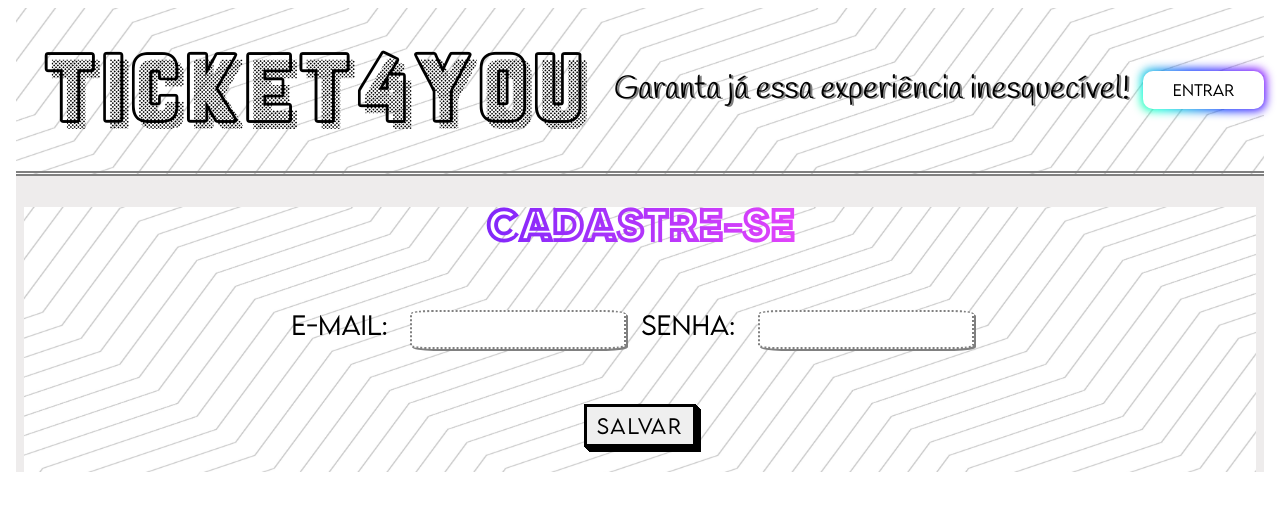
Repository: hellengurgaczz/projeto-DSA
Page: /login/cadastro
The author's editor kept a copy of each file at every save. The page is drawn from the files as they stood at one save, then again after the next save.
The browser window is 1280 px wide. The pictures show the whole page.
The project was rebuilt for these pictures with package versions that can differ from the ones it lists, and the page was loaded fresh each time. Also part of the build but not shown: angular.json, src/app/ingressos/templates/cadastrar/cadastrar.component.ts, src/app/models/ingresso.model.ts, src/app/services/ingresso.service.ts, src/app/compra/comprar-ingresso/comprar-ingresso.component.ts, src/app/models/compra.model.ts, src/app/services/compra.service.ts, src/app/ingressos/templates/deletar/deletar.component.ts and 3 more.

Above is the page before, as saved 2022-05-30 14:27:46.

After the next save:
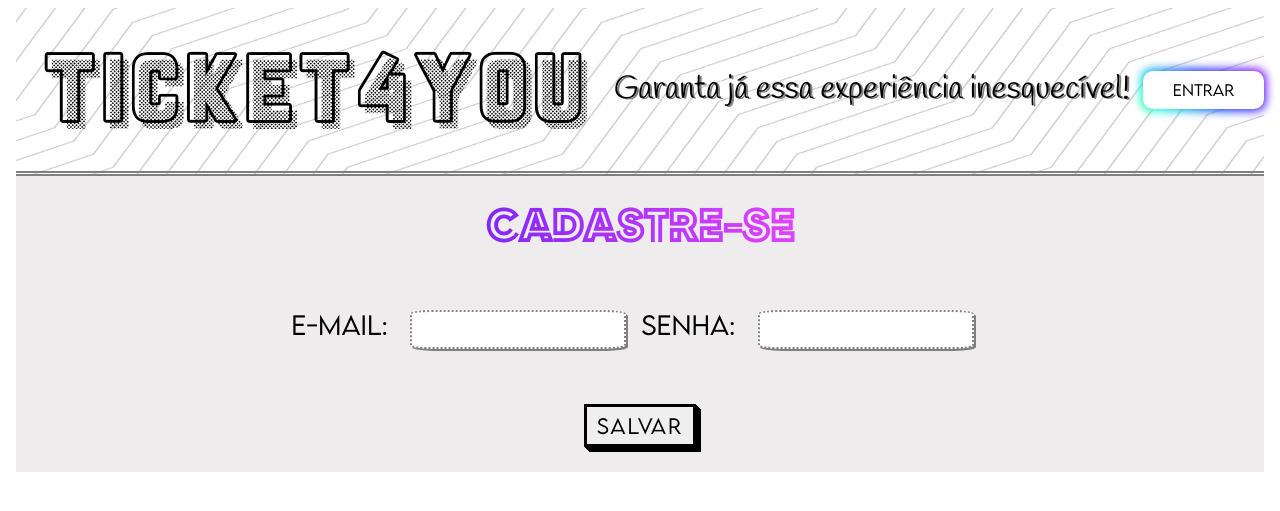
Saved 27 s later.
--- a/src/app/login/login-cadastro/login-cadastro.component.html
+++ b/src/app/login/login-cadastro/login-cadastro.component.html
@@ -1,23 +1,21 @@
 <body>
-  <div class="body">
     <div class="cadastrarLogin">
       <h1>CADASTRE-SE</h1>
     </div>
-    <form>
-    <div class="titles">
-        <form action="POST">
-            <label for="email">E-mail: </label>
-            <input type="text" name="email" [(ngModel)]="login.email">
+  <form>
+      <div class="titles">
+          <form action="POST">
+              <label for="email">E-mail: </label>
+              <input type="text" name="email" [(ngModel)]="login.email">
 
-            <label for="senha">Senha: </label>
-            <input name="senha" type="password" [(ngModel)]="login.senha">
+              <label for="senha">Senha: </label>
+              <input name="senha" type="password" [(ngModel)]="login.senha">
 
-        </form>
+          </form>
 
-    </div>
-    <div class="acoes">
-        <button class="btnSalvarLogin, primary" (click)="salvarLogin()">Salvar</button>
       </div>
-    </form>
-  </div>
+      <div class="acoes">
+          <button class="btnSalvarLogin, primary" (click)="salvarLogin()">Salvar</button>
+        </div>
+  </form>
 </body>
